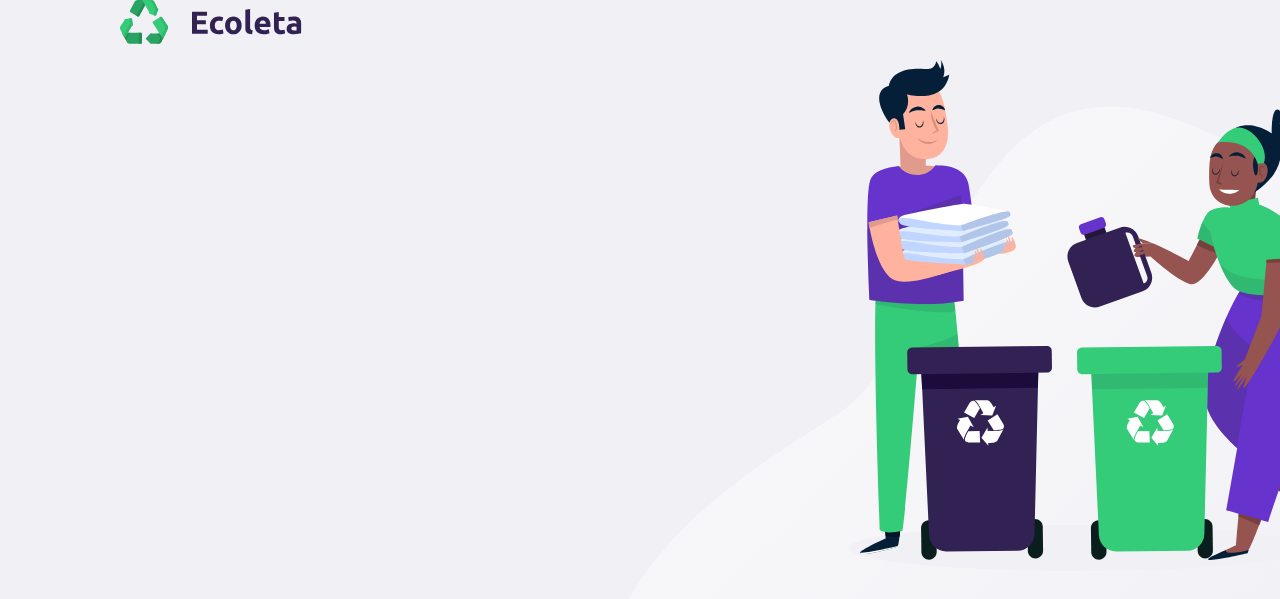
Repository: Andr3Souza/NLW-01-Ecoleta
Page: / (app in web/)
An editor plug-in stored every save of this project. The page is shown before and after the next save, followed by the edit.
The browser window is 1280 px wide. The pictures show the whole page.
The project was rebuilt for these pictures with package versions that can differ from the ones it lists, and the page was loaded fresh each time.

Above is the page before, as saved 2020-06-03 21:44:43.

### web/public/index.html
<!DOCTYPE html>
<html lang="en">
  <head>
    <meta charset="utf-8" />

    <meta name="viewport" content="width=device-width, initial-scale=1" />
    <meta name="theme-color" content="#34CB79" />
    <title>Ecoleta</title>
    <link
      href="https://fonts.googleapis.com/css2?family=Roboto&family=Ubuntu:wght@700&display=swap"
      rel="stylesheet"
    />
  </head>
  <body>
    <noscript>You need to enable JavaScript to run this app.</noscript>
    <div id="root"></div>
  </body>
</html>

### web/src/App.tsx
import React from "react";
import "./App.css";

import Home from "./pages/Home";

function App() {
  return <Home></Home>;
}
export default App;

### web/src/pages/Home/index.tsx
import React from "react";

import "./styles.css";

import logo from "../../assets/logo.svg";

const Home = () => {
  return (
    <div id="page-home">
      <div className="content">
        <img src={logo} alt="Ecoleta"></img>
      </div>
    </div>
  );
};

export default Home;

### web/src/pages/Home/styles.css
#page-home {
  height: 100vh;

  background: url("../../assets/home-background.svg") no-repeat 600px bottom;
}

#page-home .content {
  width: 100%;
  height: 100%;
  max-width: 1100px;
  margin: 0 auto;
  padding: 0 30px;

  display: flex;
  flex-direction: column;
  align-items: flex-start;
}

#page-home .content header {
  margin: 48px 0 0;
}

#page-home .content main {
  flex: 1;
  max-width: 560px;

  display: flex;
  flex-direction: column;
  justify-content: center;
}

#page-home .content main h1 {
  font-size: 54px;
  color: var(--title-color);
}

#page-home .content main p {
  font-size: 24px;
  margin-top: 24px;
  line-height: 38px;
}

#page-home .content main a {
  width: 100%;
  max-width: 360px;
  height: 72px;
  background: var(--primary-color);
  border-radius: 8px;
  text-decoration: none;

  display: flex;
  align-items: center;
  overflow: hidden;

  margin-top: 40px;
}

#page-home .content main a span {
  display: block;
  background: rgba(0, 0, 0, 0.08);
  width: 72px;
  height: 72px;

  display: flex;
  align-items: center;
  justify-content: center;
  transition: background-color 0.2s;
}

#page-home .content main a span svg {
  color: #fff;
  width: 20px;
  height: 20px;
}

#page-home .content main a strong {
  flex: 1;
  text-align: center;
  color: #fff;
}

#page-home .content main a:hover {
  background: #2fb86e;
}

@media (max-width: 900px) {
  #page-home .content {
    align-items: center;
    text-align: center;
  }

  #page-home .content header {
    margin: 48px auto 0;
  }

  #page-home .content main {
    align-items: center;
  }

  #page-home .content main h1 {
    font-size: 42px;
  }

  #page-home .content main p {
    font-size: 24px;
  }
}

Loaded but not shown: web/src/index.tsx (common file); web/src/App.css (common file)

After the next save:
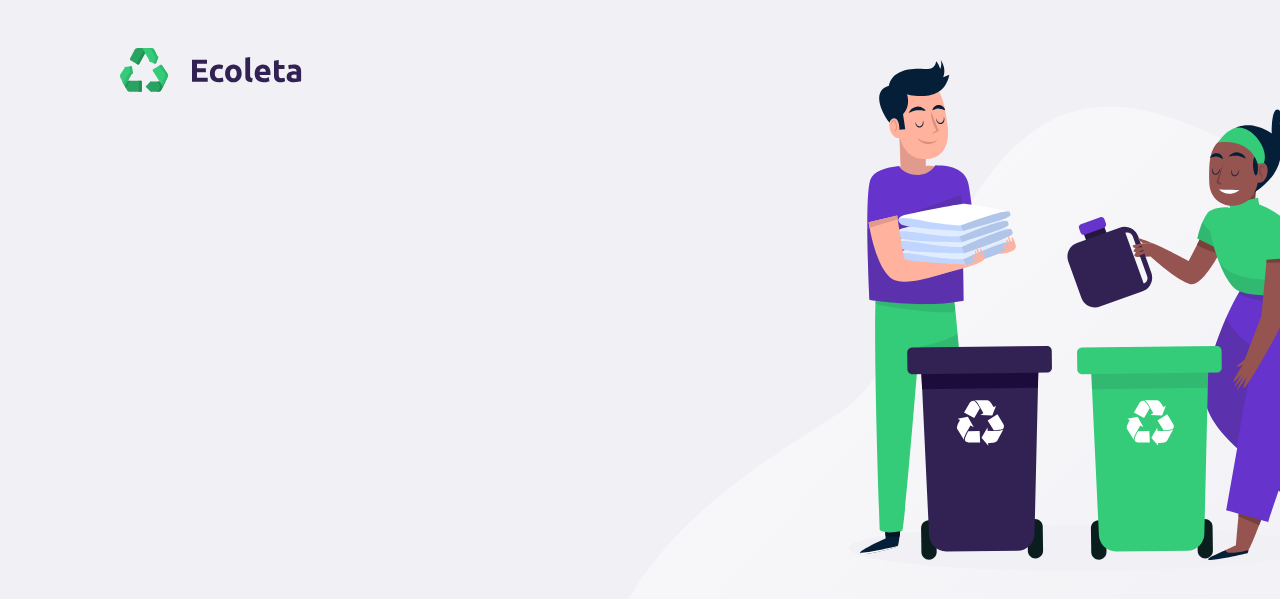
Saved 25 s later.
--- a/web/src/pages/Home/index.tsx
+++ b/web/src/pages/Home/index.tsx
@@ -8,7 +8,9 @@
   return (
     <div id="page-home">
       <div className="content">
-        <img src={logo} alt="Ecoleta"></img>
+        <header>
+          <img src={logo} alt="Ecoleta"></img>
+        </header>
       </div>
     </div>
   );
